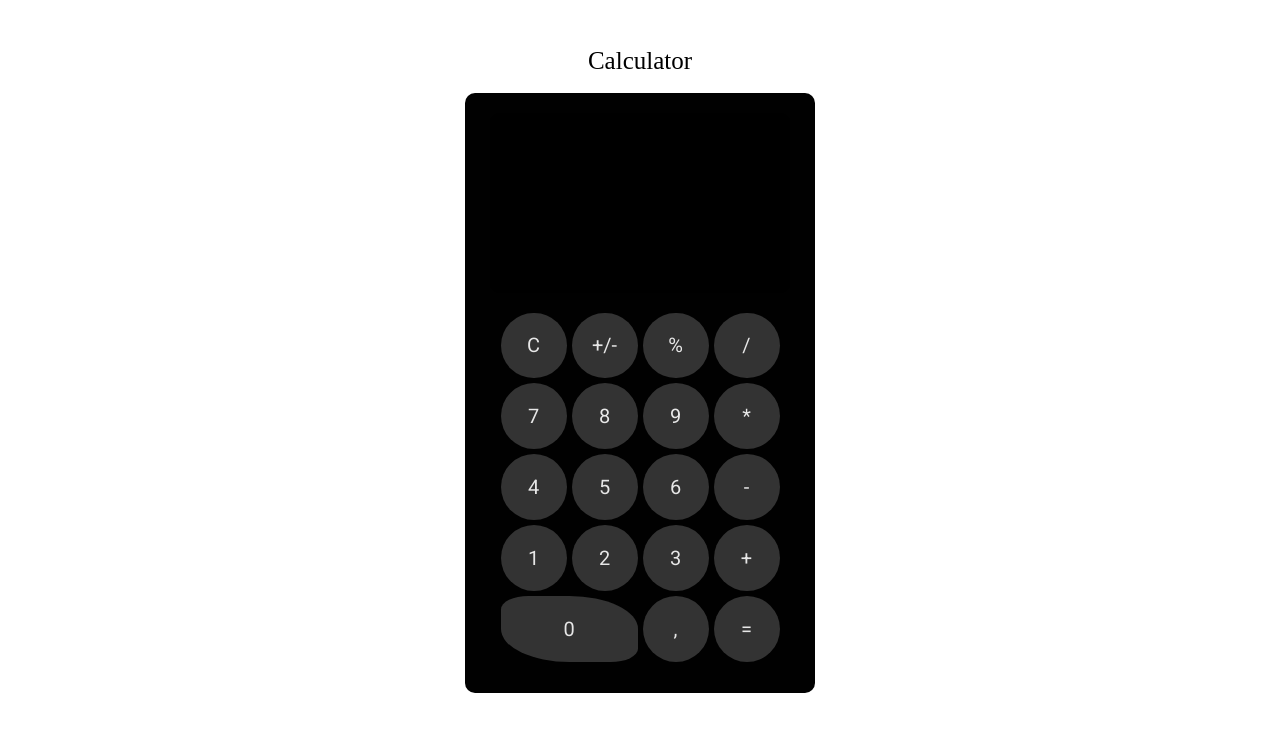
Repository: Gibon9/SimpleCalc
Page: index.html
The author's editor kept a copy of each file at every save. The page is drawn from the files as they stood at one save, then again after the next save.
The browser window is 1280 px wide. The pictures show the whole page.
Some web fonts or font styles are not loaded; a fallback is used.

Above is the page before, as saved 2020-11-27 19:34:46.

### index.html
<!DOCTYPE html>
<html lang="en">
  <head>
    <meta charset="UTF-8" />
    <meta name="viewport" content="width=device-width, initial-scale=1.0" />
    <link rel="stylesheet" href="style/reset.css" />
    <link rel="stylesheet" href="style/style.css" />
    <title>Calculator</title>
  </head>

  <body>
    <main class="main">
      <h1 class="title">Calculator</h1>
      <section class="clac">
        <div class="calc-display" id="display"></div>
        <section class="keyboard" id="keyboard">
          <button class="calc-button c-btn" id="clear">C</button>
          <button class="calc-button plus-minus-btn" id="plus-minus">
            +/-
          </button>
          <button class="calc-button percent-btn" id="percent">%</button>
          <button class="calc-button one-btn" id="btn1">1</button>
          <button class="calc-button two-btn" id="btn2">2</button>
          <button class="calc-button three-btn" id="btn3">3</button>
          <button class="calc-button four-btn" id="btn4">4</button>
          <button class="calc-button five-btn" id="btn5">5</button>
          <button class="calc-button six-btn" id="btn6">6</button>
          <button class="calc-button seven-btn" id="btn7">7</button>
          <button class="calc-button eight-btn" id="btn8">8</button>
          <button class="calc-button nine-btn" id="btn9">9</button>
          <button class="calc-button zero-btn" id="btn0">0</button>
          <button class="calc-button plus-btn" id="plus">+</button>
          <button class="calc-button minus-btn" id="minus">-</button>
          <button class="calc-button divide-btn" id="divide">/</button>
          <button class="calc-button multiply-btn" id="multiply">*</button>
          <button class="calc-button equal-btn" id="equal">=</button>
          <button class="calc-button coma-btn" id="coma">,</button>
        </section>
      </section>
    </main>
    <script src="./index.js"></script>
  </body>
</html>

### style/style.css
@import url("https://fonts.googleapis.com/css2?family=Roboto&family=Saira+Stencil+One&display=swap");

:root {
  --background-color: #010101;
  --display-color: black;
  --primary-btn-color: ##a5a5a5;
  --secondary-color: #333333;
  --secondary-btn-color: #fd9624;
  --text-color: #e7e7e7;
}

.calc-display,
.title {
  font-family: "Saira Stencil One", cursive;
}

.calc-button {
  font-family: "Roboto", sans-serif;
}

.main {
  display: flex;
  flex-direction: column;
  justify-content: center;
  align-items: center;
  width: 100vw;
  height: 100vh;
}

.title {
  font-size: 25px;
  margin: 20px 0;
}

.clac {
  width: 350px;
  height: 600px;
  background-color: var(--background-color);
  border-radius: 10px;
}

.calc-display {
  margin: 20px auto;
  width: 300px;
  height: 30%;
  background-color: var(--display-color);
  color: var(--primary-color);
  border-radius: 10px;
  font-size: 40px;
}

.keyboard {
  height: 70%;
  display: grid;
  grid-template-columns: repeat(10, 1fr);
  grid-template-rows: repeat(12, 1fr);
  gap: 5px 5px;
}

.calc-button {
  font-size: 20px;
  color: var(--text-color);
  background-color: var(--secondary-color);
  border-radius: 50%;
  border: none;
}

.c-btn {
  grid-column: 2/4;
  grid-row: 1/3;
}

.plus-minus-btn {
  grid-column: 4/6;
  grid-row: 1/3;
}

.percent-btn {
  grid-column: 6/8;
  grid-row: 1/3;
}

.divide-btn {
  grid-column: 8/10;
  grid-row: 1/3;
}

.seven-btn {
  grid-column: 2/4;
  grid-row: 3/5;
}

.eight-btn {
  grid-column: 4/6;
  grid-row: 3/5;
}

.nine-btn {
  grid-column: 6/8;
  grid-row: 3/5;
}

.multiply-btn {
  grid-column: 8/10;
  grid-row: 3/5;
}

.four-btn {
  grid-column: 2/4;
  grid-row: 5/7;
}

.five-btn {
  grid-column: 4/6;
  grid-row: 5/7;
}

.six-btn {
  grid-column: 6/8;
  grid-row: 5/7;
}

.minus-btn {
  grid-column: 8/10;
  grid-row: 5/7;
}

.one-btn {
  grid-column: 2/4;
  grid-row: 7/9;
}

.two-btn {
  grid-column: 4/6;
  grid-row: 7/9;
}

.three-btn {
  grid-column: 6/8;
  grid-row: 7/9;
}

.plus-btn {
  grid-column: 8/10;
  grid-row: 7/9;
}

.zero-btn {
  grid-column: 2/6;
  grid-row: 9/11;
  border-radius: 20% 50%;
}

.coma-btn {
  grid-column: 6/8;
  grid-row: 9/11;
}

.equal-btn {
  grid-column: 8/10;
  grid-row: 9/11;
}

Loaded but not shown: style/reset.css (common file); index.js (no copy from this time; the picture is the same without it)

After the next save:
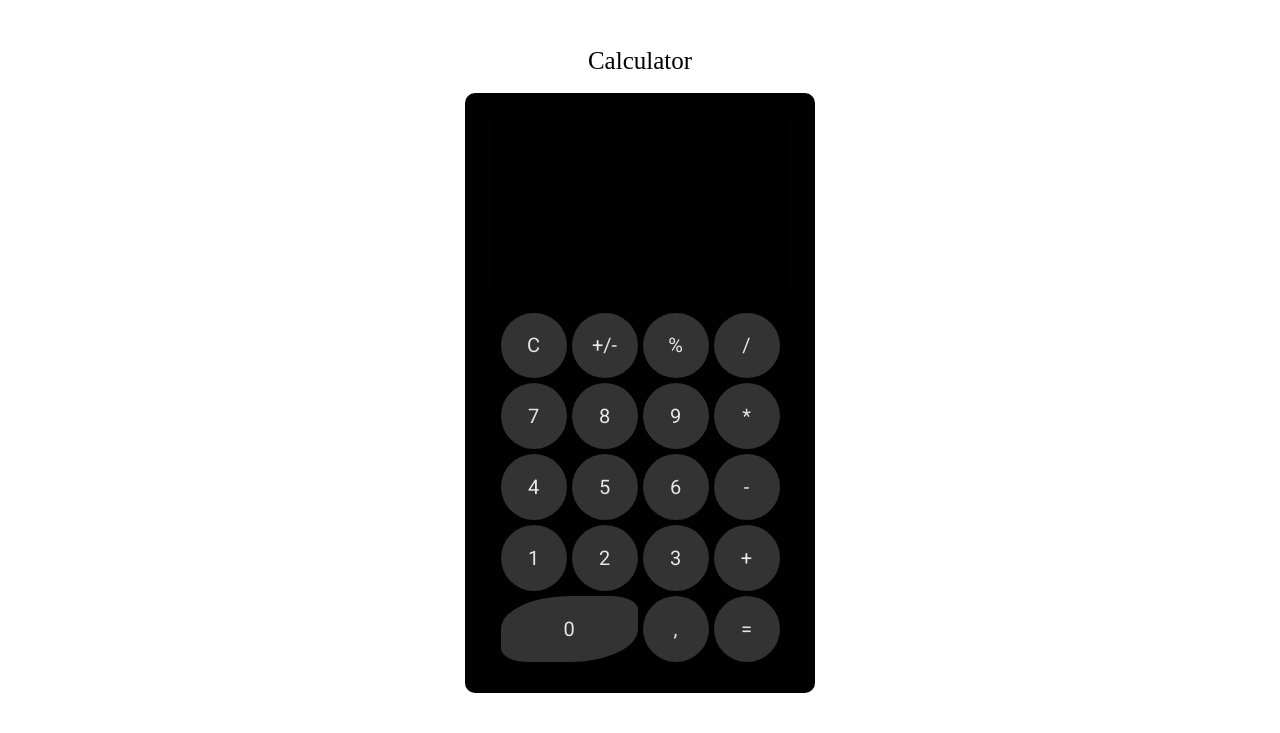
Saved 16 s later.
--- a/style/style.css
+++ b/style/style.css
@@ -148,7 +148,7 @@
 .zero-btn {
   grid-column: 2/6;
   grid-row: 9/11;
-  border-radius: 20% 50%;
+  border-radius: 50% 20%;
 }
 
 .coma-btn {
